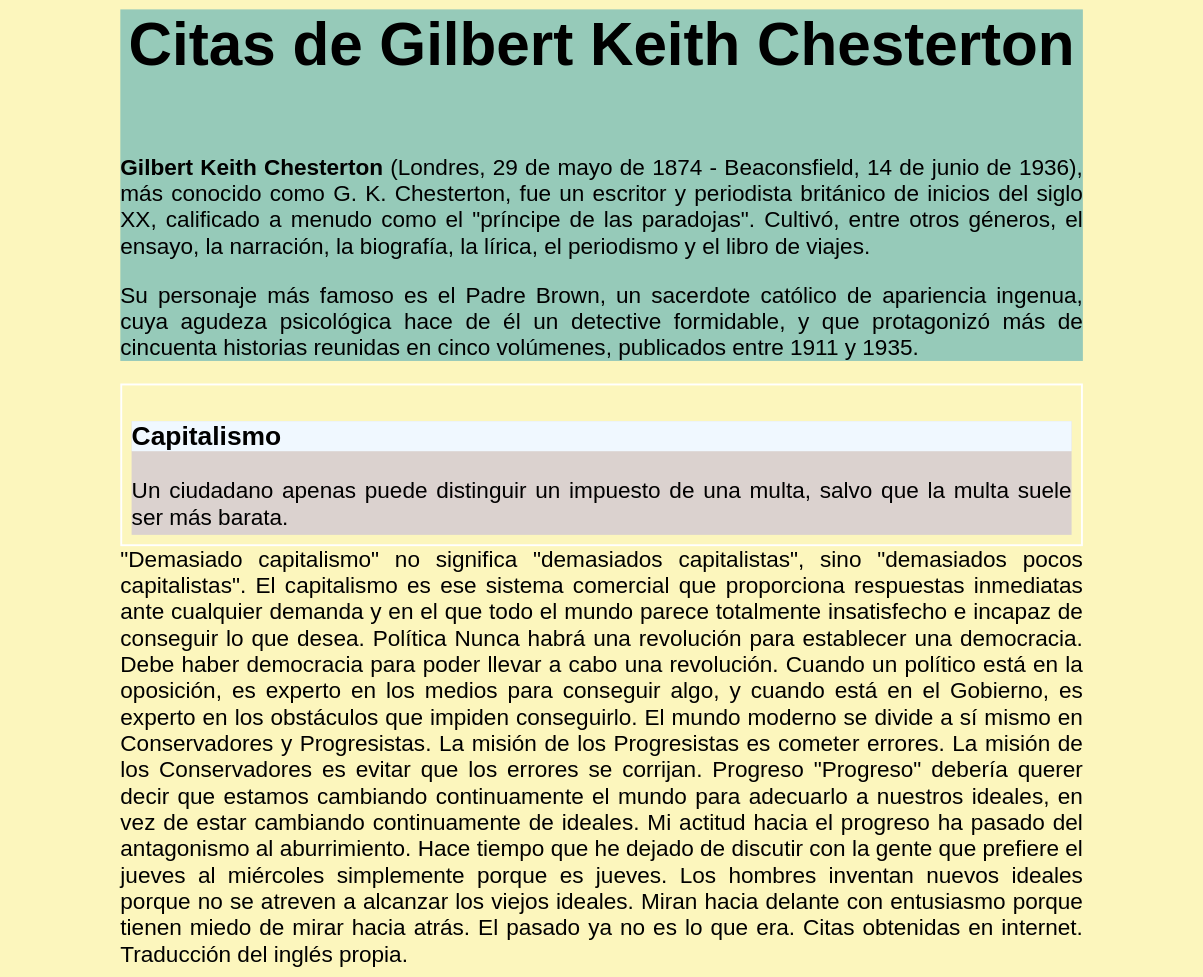
Repository: EmilyMachuca-Developer/Advanced-Programming-Projects
Page: index.html
An editor plug-in stored every save of this project. The page is shown before and after a run of saves, followed by the edit.
The browser window is 1280 px wide. The pictures show the whole page, at 94% of full size.

Above is the page before, as saved 2024-02-26 20:31:18.

After the next 3 saves:
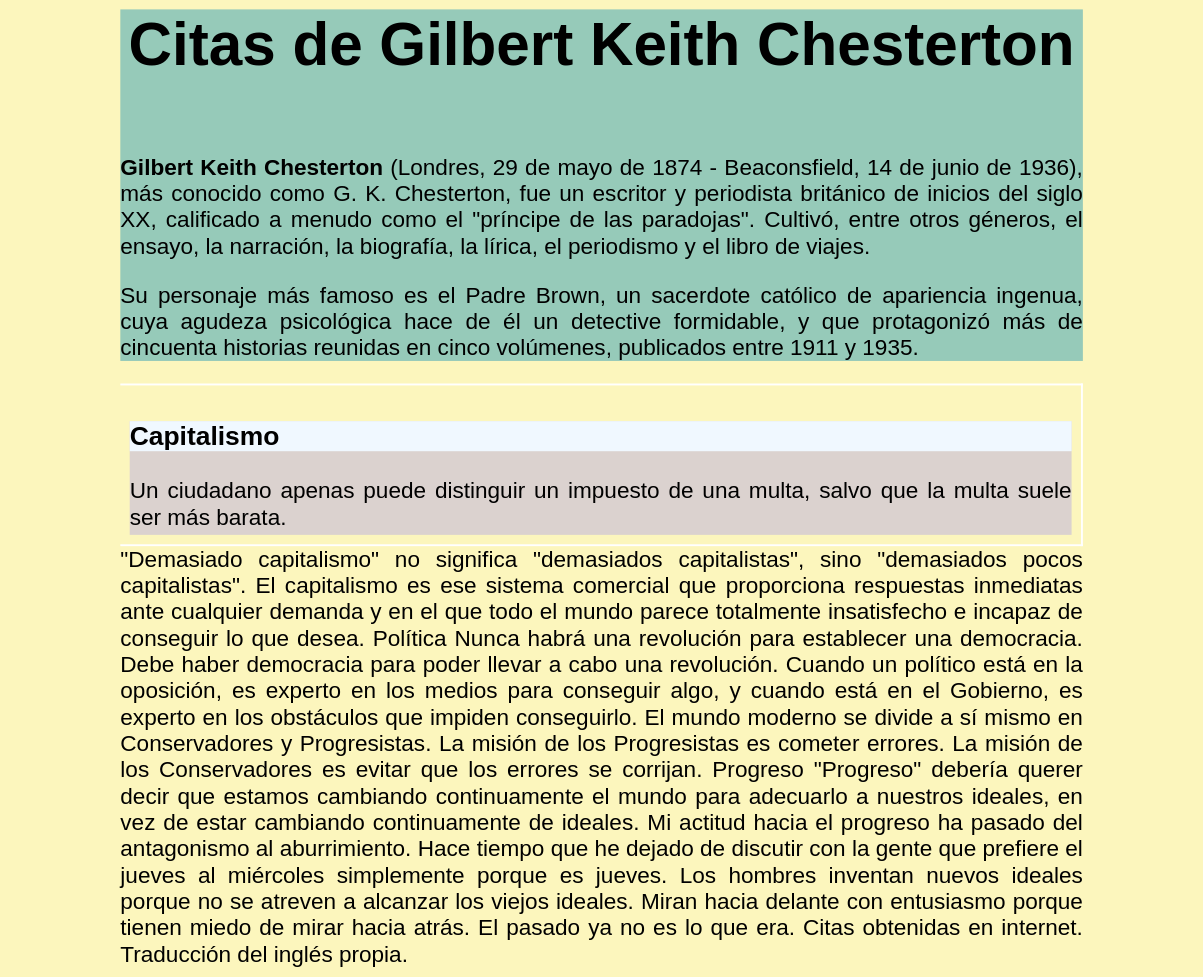
The 3 saves are shown as one change because they came seconds apart.
The last was saved 17 s later.
--- a/Taller 2/css/style.css
+++ b/Taller 2/css/style.css
@@ -21,6 +21,7 @@
     display: block;
     border: white 2px solid;
     padding: 10px;
+    border-inline-start: 0cap;
   }
 
   section {
